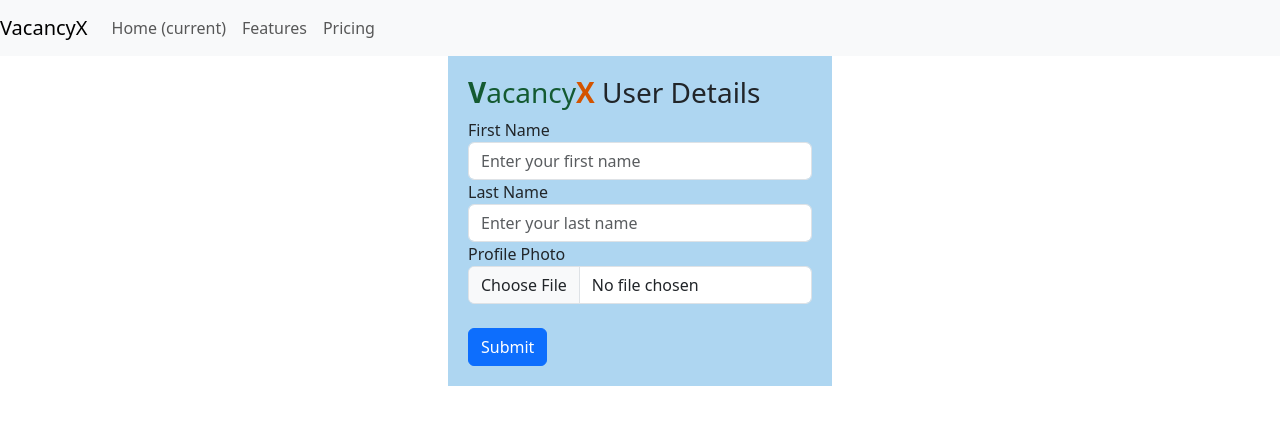
Repository: zipArk99/Vacancy-portal-serv
Page: http://localhost/VacancyPortal/userdetail_form.jsp
These files come from the project's save history. The page is drawn as it stood at one moment and after the next save; the edit follows.
The browser window is 1280 px wide. The pictures show the whole page.
The page is served by Tomcat 9. Other server files are loaded and not shown.

Above is the page before, as saved 2024-08-20 09:30:03.

### VacancyPortal/src/main/webapp/userdetail_form.jsp
<%@ page language="java" contentType="text/html; charset=UTF-8"
	pageEncoding="UTF-8"%>
<%@ taglib prefix="c" uri="http://java.sun.com/jsp/jstl/core" %>
<!DOCTYPE html>
<html>
<head>
<meta charset="UTF-8">
<title>User Detail</title>
</head>
<body>
	<%@ include file="header.jsp"%>

	<div
		style="width: 30%; margin: auto; background-color: #aed6f1; padding: 20px;">
		<form action="/VacancyPortal/user/userdetail" method="post">
			<h3>
				<span style="color: #145a32"><b>V</b>acancy</span><span
					style="color: #d35400;"><b>X</b></span> User Details
			</h3>

			<input type="hidden" value="${userEmail}" name="useremail">

			<div class="form-group">
				<label for="fnameId">First Name</label> <input type="text"
					name="fname" class="form-control" id="fnameId"
					value="${param.fname}" aria-describedby="emailHelp"
					placeholder="Enter your first name"> <span
					style="color: red;"><c:out
						value="${requestScope.userDetailValidation['firstName']}"></c:out> </span>
			</div>
			<div class="form-group">
				<label for="lnameId">Last Name</label> <input name="lname"
					type="text" class="form-control" id="lnameId"
					value="${param.lname}" placeholder="Enter your last name">
				<span style="color: red;"><c:out
						value="${requestScope.userDetailValidation['lastName']}"></c:out> </span>
			</div>
			<div class="form-group">
				<label for="profileId">Profile Photo</label> <input type="file"
					name="profile" class="form-control" id="profileId"
					value="${param.profile}" aria-describedby="emailHelp"> <span
					style="color: red;"><c:out
						value="${requestScope.userDetailValidation['profile']}"></c:out> </span>
			</div>
			<br>
			<button type="submit" class="btn btn-primary">Submit</button>
		</form>
	</div>
</body>
</html>

### VacancyPortal/src/main/webapp/header.jsp
<%@ page language="java" contentType="text/html; charset=UTF-8"
    pageEncoding="UTF-8"%>
<!DOCTYPE html>
<html>
  <head>
    <meta charset="utf-8">
    <meta name="viewport" content="width=device-width, initial-scale=1">
    <title>Bootstrap demo</title>
    <link href="https://cdn.jsdelivr.net/npm/bootstrap@5.3.3/dist/css/bootstrap.min.css" rel="stylesheet" integrity="sha384-QWTKZyjpPEjISv5WaRU9OFeRpok6YctnYmDr5pNlyT2bRjXh0JMhjY6hW+ALEwIH" crossorigin="anonymous">
  </head>
<body>

<nav class="navbar navbar-expand-lg navbar-light bg-light">
  <a class="navbar-brand" href="#">VacancyX</a>
  <button class="navbar-toggler" type="button" data-toggle="collapse" data-target="#navbarText" aria-controls="navbarText" aria-expanded="false" aria-label="Toggle navigation">
    <span class="navbar-toggler-icon"></span>
  </button>
  <div class="collapse navbar-collapse" id="navbarText">
    <ul class="navbar-nav mr-auto">
      <li class="nav-item active">
        <a class="nav-link" href="#">Home <span class="sr-only">(current)</span></a>
      </li>
      <li class="nav-item">
        <a class="nav-link" href="#">Features</a>
      </li>
      <li class="nav-item">
        <a class="nav-link" href="#">Pricing</a>
      </li>
    </ul>

  </div>
</nav>
</body>
</html>

After the next save:
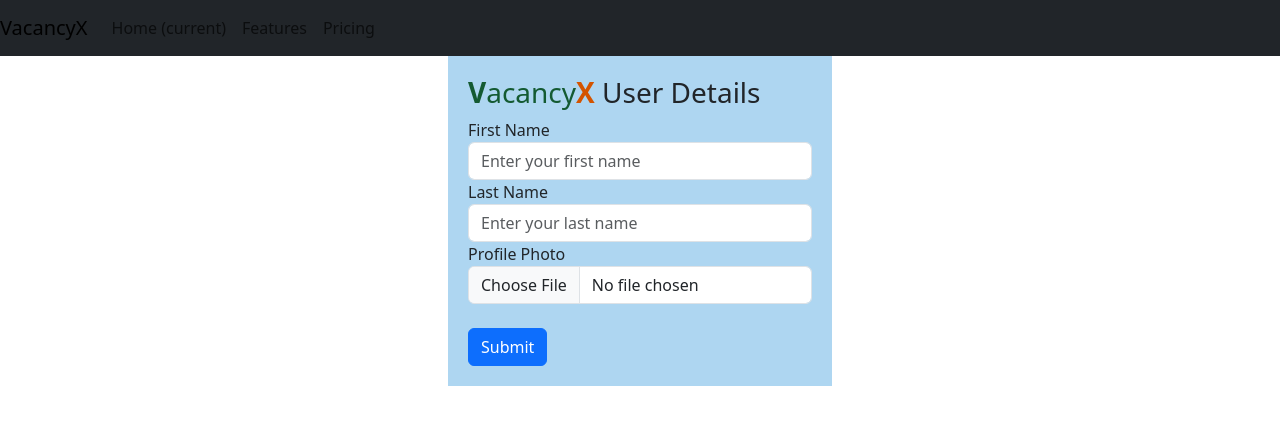
Saved 10 s later.
--- a/VacancyPortal/src/main/webapp/header.jsp
+++ b/VacancyPortal/src/main/webapp/header.jsp
@@ -10,7 +10,7 @@
   </head>
 <body>
 
-<nav class="navbar navbar-expand-lg navbar-light bg-light">
+<nav class="navbar navbar-expand-lg navbar-light bg-dark">
   <a class="navbar-brand" href="#">VacancyX</a>
   <button class="navbar-toggler" type="button" data-toggle="collapse" data-target="#navbarText" aria-controls="navbarText" aria-expanded="false" aria-label="Toggle navigation">
     <span class="navbar-toggler-icon"></span>

After the save that followed:
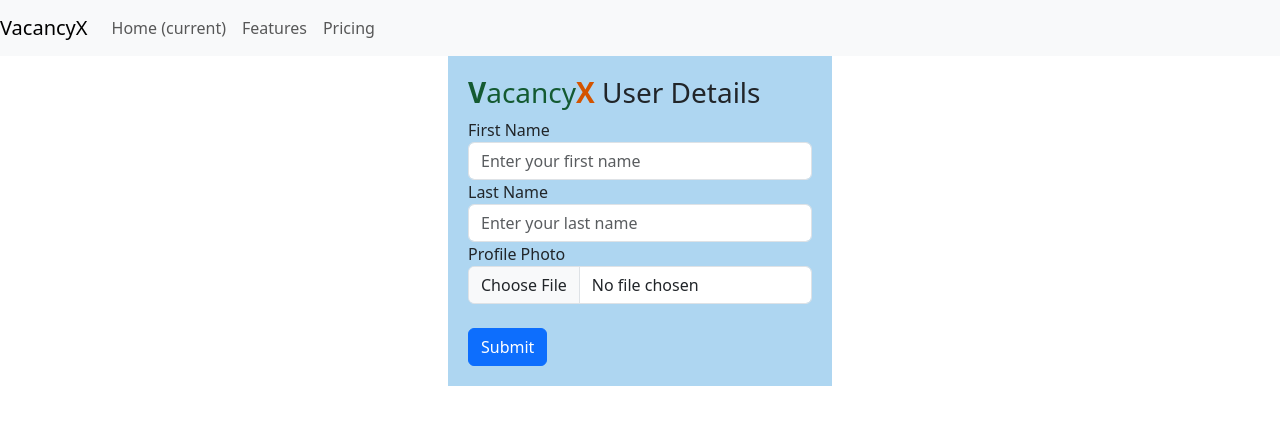
Saved 15 s later.
--- a/VacancyPortal/src/main/webapp/header.jsp
+++ b/VacancyPortal/src/main/webapp/header.jsp
@@ -10,7 +10,7 @@
   </head>
 <body>
 
-<nav class="navbar navbar-expand-lg navbar-light bg-dark">
+<nav class="navbar navbar-expand-lg navbar-light bg-light">
   <a class="navbar-brand" href="#">VacancyX</a>
   <button class="navbar-toggler" type="button" data-toggle="collapse" data-target="#navbarText" aria-controls="navbarText" aria-expanded="false" aria-label="Toggle navigation">
     <span class="navbar-toggler-icon"></span>
